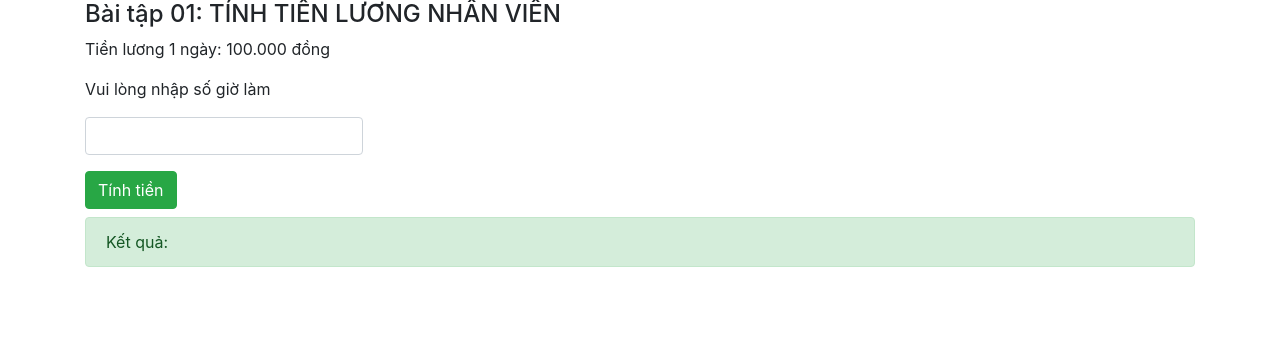
Repository: ducdatit2002/javascript-tinh-day13
Page: index.html
An editor plug-in stored every save of this project. The page is shown before and after a run of saves, followed by the edit.
The browser window is 1280 px wide. The pictures show the whole page.

Above is the page before, as saved 2023-08-13 23:57:46.

### index.html
<!DOCTYPE html>
<html lang="en">
  <head>
    <title>Bài tập JS Buổi 13</title>
    <!-- Required meta tags -->
    <meta charset="utf-8" />
    <meta
      name="viewport"
      content="width=device-width, initial-scale=1, shrink-to-fit=no"
    />

    <!-- Bootstrap CSS -->
    <link
      rel="stylesheet"
      href="https://stackpath.bootstrapcdn.com/bootstrap/4.3.1/css/bootstrap.min.css"
      integrity="sha384-ggOyR0iXCbMQv3Xipma34MD+dH/1fQ784/j6cY/iJTQUOhcWr7x9JvoRxT2MZw1T"
      crossorigin="anonymous"
    />
  </head>
  <body>
    <div class="container">
      <!-- Bài 1: TÍNH TIỀN LƯƠNG NHÂN VIÊN -->
      <div class="form-group">
        <h4>Bài tập 01: TÍNH TIỀN LƯƠNG NHÂN VIÊN</h4>
        <div class="form-group">
          <p>Tiền lương 1 ngày: 100.000 đồng</p>
        </div>
        <div class="form-group">
          <p>Vui lòng nhập số giờ làm</p>
          <input id="soGioLam" class="form-control w-25" />
        </div>
        <button
          onclick="tinhTongLuong()"
          id="btnTinhTien"
          class="btn btn-success"
        >
          Tính tiền
        </button>
        <div class="mt-2 alert alert-success">
          Kết quả: <span id="tongLuong"></span>
        </div>
      </div>

      <!-- Bài 2: TÍNH GIÁ TRỊ TRUNG BÌNH -->
      <div class="form-group">
        <h4></h4>
      </div>
    </div>

    <!-- Optional JavaScript -->
    <!-- jQuery first, then Popper.js, then Bootstrap JS -->
    <script
      src="https://code.jquery.com/jquery-3.3.1.slim.min.js"
      integrity="sha384-q8i/X+965DzO0rT7abK41JStQIAqVgRVzpbzo5smXKp4YfRvH+8abtTE1Pi6jizo"
      crossorigin="anonymous"
    ></script>
    <script
      src="https://cdnjs.cloudflare.com/ajax/libs/popper.js/1.14.7/umd/popper.min.js"
      integrity="sha384-UO2eT0CpHqdSJQ6hJty5KVphtPhzWj9WO1clHTMGa3JDZwrnQq4sF86dIHNDz0W1"
      crossorigin="anonymous"
    ></script>
    <script
      src="https://stackpath.bootstrapcdn.com/bootstrap/4.3.1/js/bootstrap.min.js"
      integrity="sha384-JjSmVgyd0p3pXB1rRibZUAYoIIy6OrQ6VrjIEaFf/nJGzIxFDsf4x0xIM+B07jRM"
      crossorigin="anonymous"
    ></script>
    <script src="./index.js"></script>
  </body>
</html>

### index.js
// BÀI 1: TÍNH TIỀN LƯƠNG NHÂN VIÊN
function tinhTongLuong() {
  //input: tienluong1h, so gio lam:number
  var tienLuong = 100000;
  var soGioLam = document.getElementById("soGioLam").value;
  //Kiểm tra input
  // console.log(tienLuong);
  // console.log(soGioLam);

  let tongLuong = 0;

  //progress
  tongLuong = tienLuong * soGioLam;

  document.getElementById("tongLuong").innerHTML = tongLuong.toLocaleString();
}

After the next 3 saves:
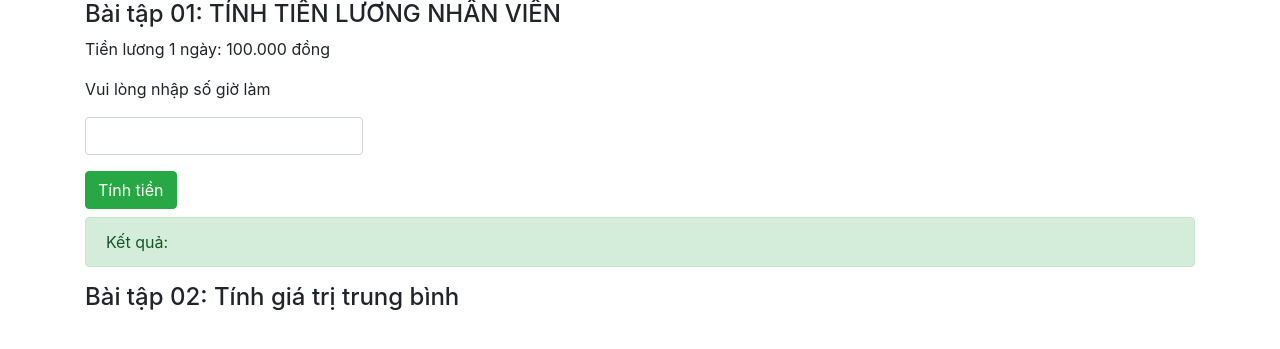
The 3 saves are shown as one change because they came seconds apart.
The last was saved 14 s later.
--- a/index.html
+++ b/index.html
@@ -43,7 +43,10 @@
 
       <!-- Bài 2: TÍNH GIÁ TRỊ TRUNG BÌNH -->
       <div class="form-group">
-        <h4></h4>
+        <h4>Bài tập 02: Tính giá trị trung bình</h4>
+        <div class="form-group">
+
+        </div>
       </div>
     </div>
 
